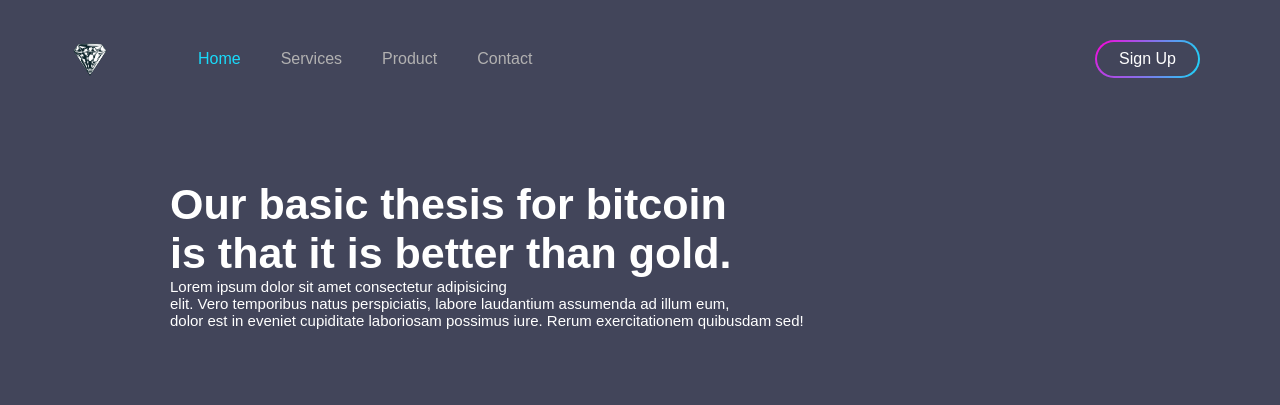
Repository: Aakarshit-Sharma19/Basic-HTML-and-CSS-Page-
Page: index.html
The author's editor kept a copy of each file at every save. The page is drawn from the files as they stood at one save, then again after the next save.
The browser window is 1280 px wide. The pictures show the whole page.

Above is the page before, as saved 2020-11-10 15:27:07.

After the next save:
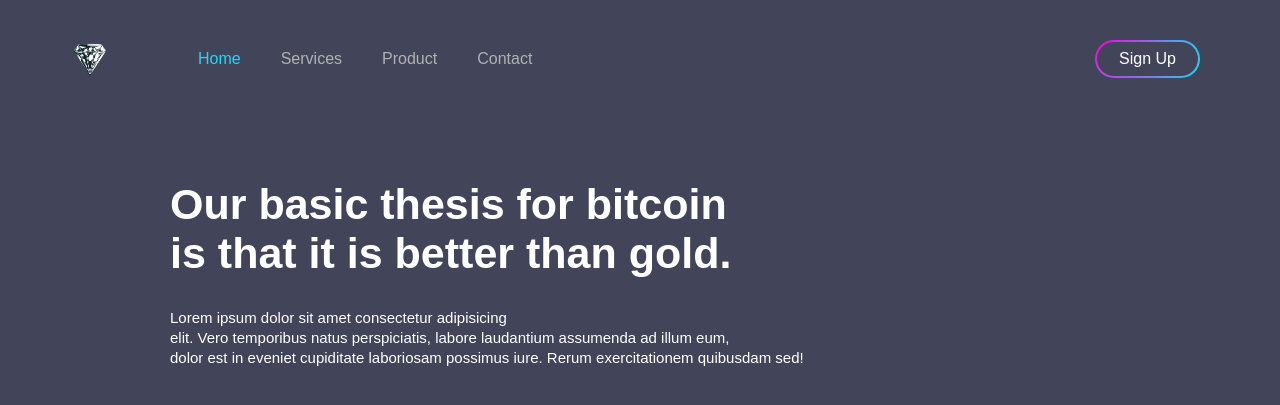
Saved 32 s later.
--- a/style.css
+++ b/style.css
@@ -76,6 +76,6 @@ body{
 .app-text p{
     font-size: 15px;
     width: 650px;
-    position: relative;
-    margin-left: 40px;
+    margin: 30px 0 30px 40px;
+    line-height: 20px;
 }
